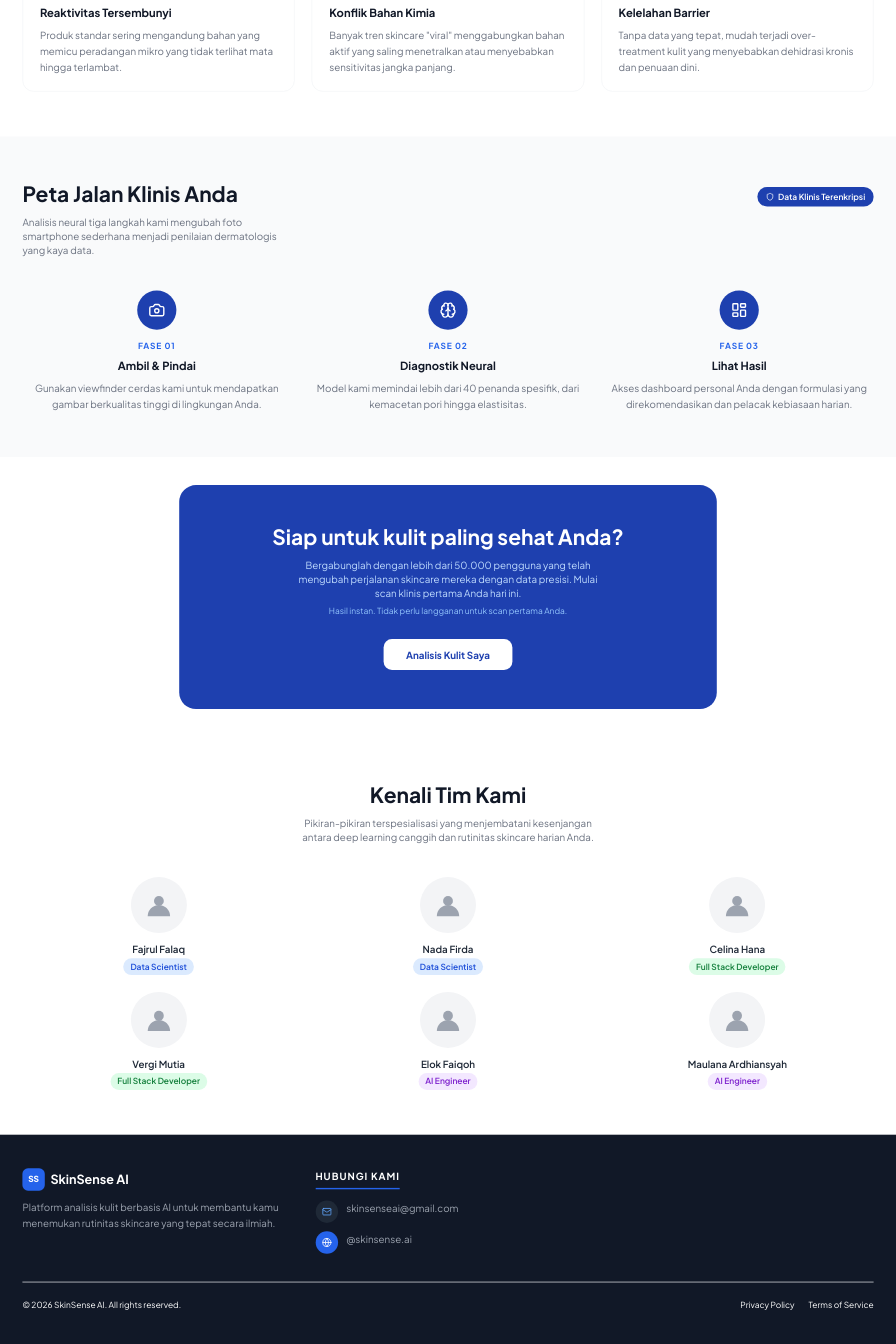
Repository: Celinahanaa/SkinSenseAI
Page: /
These files come from the project's save history. The page is drawn as it stood at one moment and after the next save; the edit follows.
The browser window is 1280 px wide. The pictures show the part of the page from y = 1430 to 3350 px (the page is 3350 px tall), at 70% of full size.
Some web fonts or font styles are not loaded; a fallback is used. The project was rebuilt for these pictures with package versions that can differ from the ones it lists, and the page was loaded fresh each time. Also part of the build but not shown: vite.config.js, src/components/Navbar.jsx, frontend/src/services/api.js, frontend/src/context/AuthContext.jsx, frontend/src/components/ProtectedRoute.jsx, src/pages/Home.jsx, src/pages/Login.jsx, src/pages/Register.jsx and 5 more.

Above is the page before, as saved 2026-05-16 13:37:16.

After the next save:
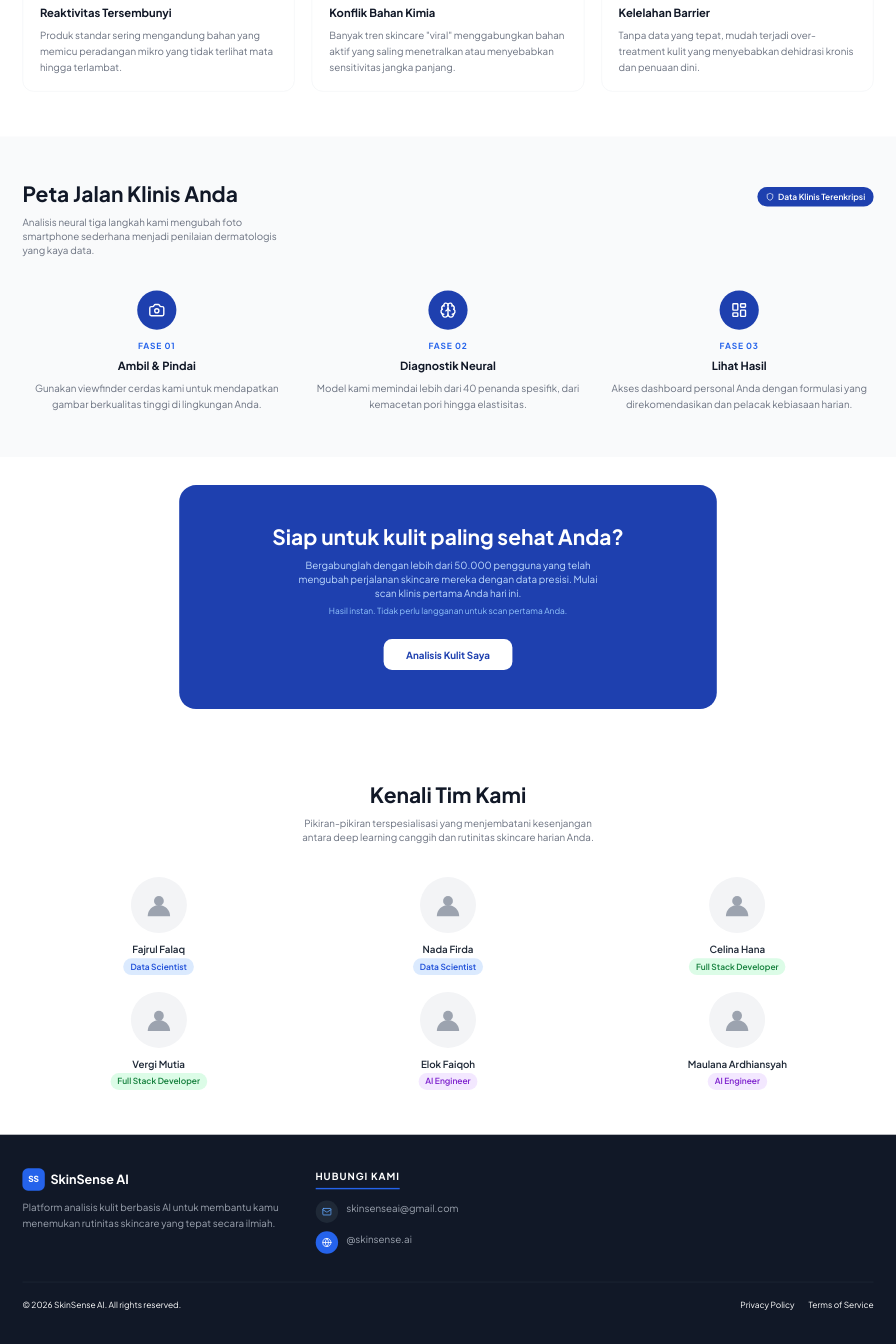
Saved 23 s later.
--- a/src/components/Footer.jsx
+++ b/src/components/Footer.jsx
@@ -71,7 +71,7 @@ export default function Footer() {
         </div>
 
         {/* Bottom bar */}
-        <div className="border-t border-gray mt-10 pt-6 flex flex-col sm:flex-row justify-between items-center gap-3">
+        <div className="border-t border-gray-800 mt-10 pt-6 flex flex-col sm:flex-row justify-between items-center gap-3">
           <p className="text-white-500 text-xs">© 2026 SkinSense AI. All rights reserved.</p>
           <div className="flex gap-5 text-xs text-white">
             <span className="hover:text-blue-400 cursor-pointer transition-colors">Privacy Policy</span>
